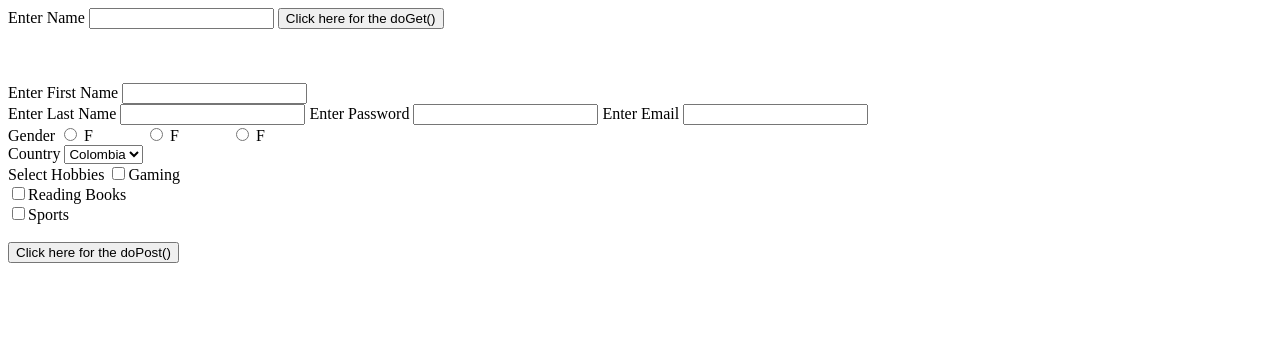
Repository: jacBowGo/revJava
Page: ASSIGNMENTS/mine_first_servlet_app_demo/WebContent/index.html
An editor plug-in stored every save of this project. The page is shown before and after the next save, followed by the edit.
The browser window is 1280 px wide. The pictures show the whole page.

Above is the page before, as saved 2020-10-11 20:51:32.

### ASSIGNMENTS/mine_first_servlet_app_demo/WebContent/index.html
<!DOCTYPE html>
<html>
	<head>
		<meta charset="ISO-8859-1">
		<title>Servlet Demo</title>
	</head>

	<body>
		<form action = "hi">
			Enter Name <input type = "text" name = "fname">
			<input type = "submit" value = "Click here for the doGet()">
		</form>

	<br/>
	<br/>
	<br/>

		<form action = "hi" method = "post">
			Enter First Name <input type = "text" name = "fname">
			<br/>
			Enter Last Name <input type = "text" name = "Lname">
			Enter Password <input type = "password" name = "password">
			Enter Email <input type = "email" name = "email">
			<br/>
			Gender <input type = "radio" name = "gender" variable = "Female"> F &nbsp; &nbsp; &nbsp; &nbsp; &nbsp; &nbsp;
			<input type = "radio" name = "gender" variable = "Male"> F &nbsp; &nbsp; &nbsp; &nbsp; &nbsp; &nbsp;
			<input type = "radio" name = "gender" variable = "Others"> F &nbsp; &nbsp; &nbsp; &nbsp; &nbsp; &nbsp;
			<br/>
			Country <select name = "country">
			<option value = "Colombia">Colombia</option>
			<option value = "USA">USA</option>
			<option value = "Lebanon">Lebanon</option>
			<option value = "Other">Other</option>
			</select>
			<br/>
			Select Hobbies
			<input type = "checkbox" name = "hobby" value = "Gaming">Gaming<br/>
			<input type = "checkbox" name = "hobby" value = "Reading Books">Reading Books<br/>
			<input type = "checkbox" name = "hobby" value = "Sports">Sports<br/>
			<br/>
			<input type = "submit" value = "Click here for the doPost()">
		</form>

	</body>

</html>

After the next save:
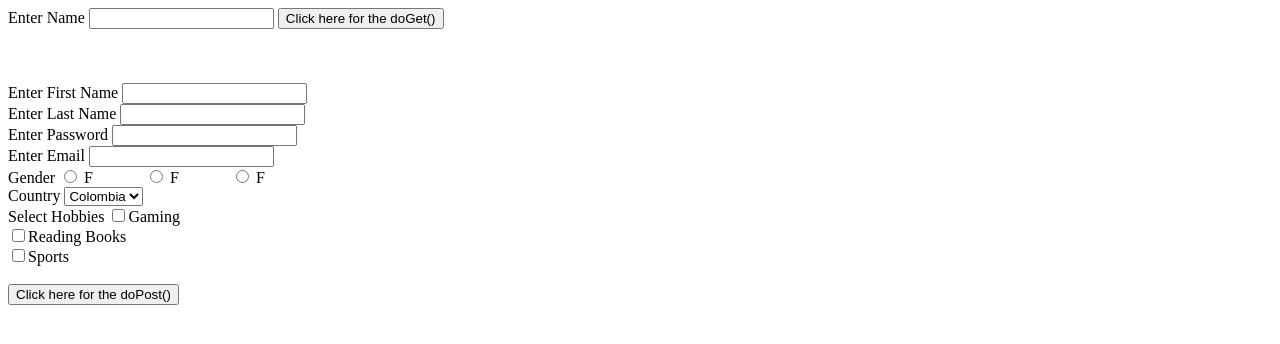
Saved 33 s later.
--- a/ASSIGNMENTS/mine_first_servlet_app_demo/WebContent/index.html
+++ b/ASSIGNMENTS/mine_first_servlet_app_demo/WebContent/index.html
@@ -18,8 +18,8 @@
 		<form action = "hi" method = "post">
 			Enter First Name <input type = "text" name = "fname">
 			<br/>
-			Enter Last Name <input type = "text" name = "Lname">
-			Enter Password <input type = "password" name = "password">
+			Enter Last Name <input type = "text" name = "Lname"><br/>
+			Enter Password <input type = "password" name = "password"><br/>
 			Enter Email <input type = "email" name = "email">
 			<br/>
 			Gender <input type = "radio" name = "gender" variable = "Female"> F &nbsp; &nbsp; &nbsp; &nbsp; &nbsp; &nbsp;
